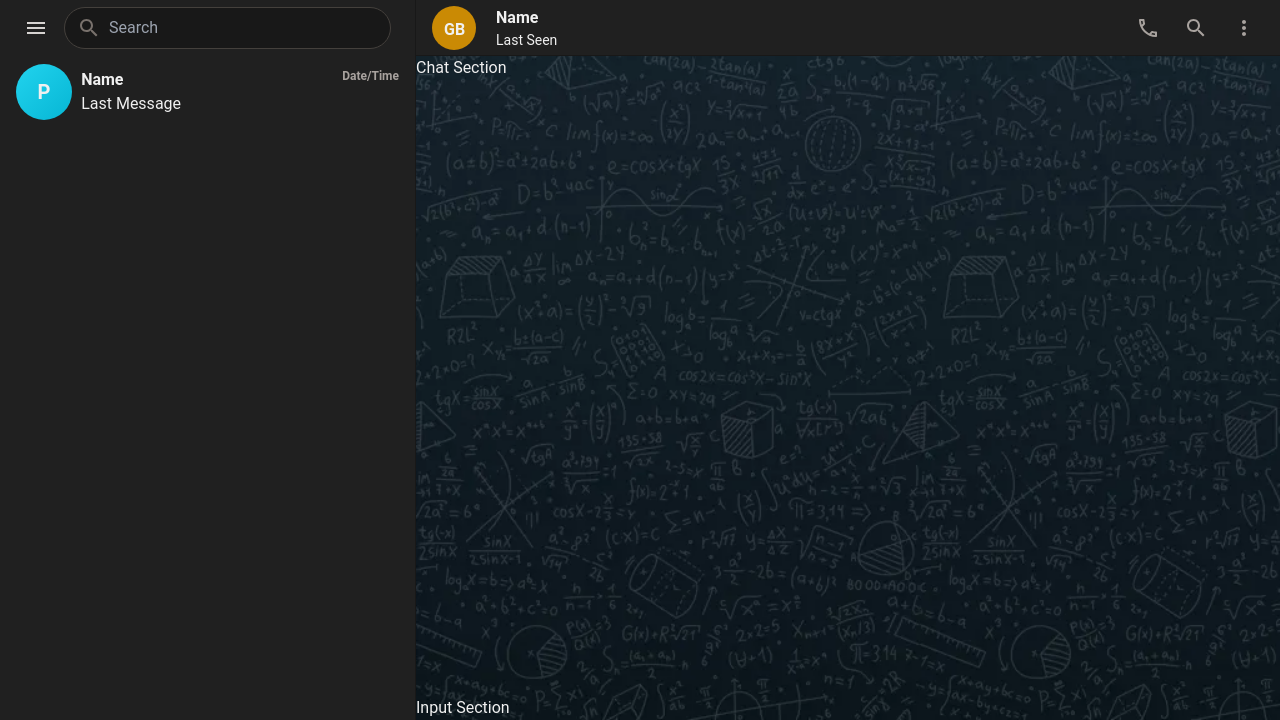
Repository: Qu4ntumGuy/telegram-clone
Page: /
An editor plug-in stored every save of this project. The page is shown before and after the next save, followed by the edit.
The browser window is 1280 px wide. The pictures show the whole page.
The page's requests for data from a server got no answer. The project was rebuilt for these pictures with package versions that can differ from the ones it lists, and the page was loaded fresh each time. No one was signed in, and anything a server would have sent is missing. Also part of the build but not shown: src/Pages/ChatPage.js/ChatPage.js.

Above is the page before, as saved 2024-07-15 14:23:25.

### src/index.css
@tailwind base;
@tailwind components;
@tailwind utilities;

:root {
  font-family: "Roboto", sans-serif;
  color-scheme: light;
  body {
    @apply bg-[#181818] text-[#f0f0f0];
  }
}
/*
:root {
  @apply bg-[#181818];
} */

### src/App.js
import { Routes, BrowserRouter, Route } from "react-router-dom";
import Sidebar from "./Components/Sidebar";
import Home from "./Pages/Home/Home";
import ChatPage from "./Pages/ChatPage.js/ChatPage";

function App() {
  return (
    <div className="flex max-w-[105rem] mx-auto">
      <Sidebar />
      <BrowserRouter>
        <Routes>
          <Route path="/" element={<Home />} />
          <Route path="/k/:id" element={<ChatPage />} />
        </Routes>
      </BrowserRouter>
      {/* <Home /> */}
    </div>
  );
}

export default App;

### src/Components/Sidebar.js
import React, { useEffect, useRef, useState } from "react";
import MenuIcon from "@mui/icons-material/Menu";
import SearchIcon from "@mui/icons-material/Search";
import axios from "axios";
import Chat from "./Chat";

function Sidebar() {
  const [page, setPage] = useState(1);
  const [channels, setChannels] = useState([]);
  const fetchChannels = async () => {
    try {
      const res = await axios.get(
        `https://devapi.beyondchats.com/api/get_all_chats?page=${page}`,
        {
          headers: {
            Accept: "application/json",
          },
        }
      );
      //   console.log(res);
      setChannels(res.data.data.data);
      console.log(res.data.data.data);
    } catch (error) {
      console.log(error);
    }
  };

  function formatString(str) {
    str = str.trim();
    const words = str.split(/\s+/);
    if (words.length === 1) {
      return words[0].charAt(0).toUpperCase();
    } else if (words.length === 2) {
      return (
        words[0].charAt(0).toUpperCase() + words[1].charAt(0).toUpperCase()
      );
    } else {
      return (
        words[0].charAt(0).toUpperCase() +
        words[words.length - 1].charAt(0).toUpperCase()
      );
    }
  }

  function chooseColor() {
    const colors = ["pink", "blue", "yellow", "cyan", "red", "green", "purple"];
    const randomIndex = Math.floor(Math.random() * colors.length);
    return colors[randomIndex];
  }

  // Example usage
  console.log(chooseColor()); // It will print a random color from the list

  useEffect(() => {
    fetchChannels();
  }, []);

  const ref = useRef();
  return (
    <div className="w-full md:max-w-[26rem] bg-[#202020] border-r border-[#181818] h-screen">
      <div className="flex items-center justify-start px-4 h-14 w-full">
        <div className="px-2 text-stone-300">
          <MenuIcon />
        </div>

        <div className="flex items-center justify-start border text-stone-500 w-full px-3 mx-2 border-stone-700 rounded-full p-2 bg-[#181818]">
          <div className="w-auto">
            <SearchIcon />
          </div>
          <form className="w-full text-white">
            <input
              className=" w-full bg-inherit pl-2 focus:outline-none"
              placeholder="Search"
            />
            <div className="w-full bg-inherit pl-2"></div>
          </form>
        </div>
      </div>
      <div className="overflow-y-auto px-2">
        <Chat />
      </div>
    </div>
  );
}

export default Sidebar;

### src/Pages/Home/Home.js
import React from "react";
import backgroundImage from "../../Assets/Desktop.webp";
import Topbar from "../../Components/Topbar";

function Home() {
  const image =
    "https://blog.1a23.com/wp-content/uploads/sites/2/2020/02/pattern_02-150x150.png";

  //   const divStyle = {
  //     width: "100%",
  //     height: "100vh", // Adjust the height as needed
  //     backgroundImage: `url(${backgroundImage})`,
  //     backgroundSize: "cover", // Ensures the image covers the entire div
  //     backgroundPosition: "center", // Centers the image
  //   };
  return (
    <div
      className="md:flex flex-col justify-center bg-cover h-screen hidden md:w-full "
      style={{ backgroundImage: `url(${backgroundImage})` }}
    >
      <div className="top-0 mb-auto h-14 bg-[#202020] border-b border-[#181818]">
        <Topbar />
      </div>
      <div className="flex flex-col h-full">
        <div className="top-0">Chat Section</div>
        <div className="bottom-0 mt-auto">Input Section</div>
      </div>
    </div>
  );
}

export default Home;

### src/Components/Chat.js
import React from "react";

function Chat({ name, profile }) {
  return (
    <div className="flex w-full p-2 items-center cursor-pointer justify-between hover:bg-stone-700 hover:bg-opacity-30 rounded-lg">
      <div className="flex justify-center items-center text-xl font-semibold bg-gradient-to-br from-cyan-400 rounded-full w-14 h-14 to-cyan-500">
        {profile ? profile : "P"}
      </div>
      <div className="flex flex-col w-[83%]">
        <div className="flex">
          <div className="font-semibold ">Name</div>
          <div className="right-0 ml-auto text-xs text-stone-400 font-semibold">
            Date/Time
          </div>
        </div>
        <div>Last Message</div>
      </div>
    </div>
  );
}

export default Chat;

### src/Components/Topbar.js
import React from "react";
import CallOutlinedIcon from "@mui/icons-material/CallOutlined";
import SearchIcon from "@mui/icons-material/Search";
import MoreVertIcon from "@mui/icons-material/MoreVert";

function Topbar() {
  return (
    <div className="flex px-4 h-14">
      <div className="flex-1 flex items-center">
        <div className="bg-yellow-600 p-3 rounded-full h-11 w-11 text-center align-middle font-bold">
          <div className="text-center align-middle">GB</div>
        </div>
        <div className="flex flex-col pl-5 w-full">
          <div className="font-semibold">Name</div>
          <div className="text-sm"> Last Seen</div>
        </div>
      </div>
      <div className="flex items-center space-x-2 font-bold pl-3 text-stone-400">
        <div className=" rounded-full cursor-pointer hover:bg-stone-700 hover:bg-opacity-30 p-2">
          <CallOutlinedIcon />
        </div>
        <div className=" rounded-full cursor-pointer hover:bg-stone-700 hover:bg-opacity-30 p-2">
          <SearchIcon />
        </div>
        <div className=" rounded-full cursor-pointer hover:bg-stone-700 hover:bg-opacity-30 p-2">
          <MoreVertIcon />
        </div>
      </div>
    </div>
  );
}

export default Topbar;

Loaded but not shown: public/index.html (common file); src/index.js (common file); src/reportWebVitals.js (common file); tailwind.config.js (common file)

After the next save:
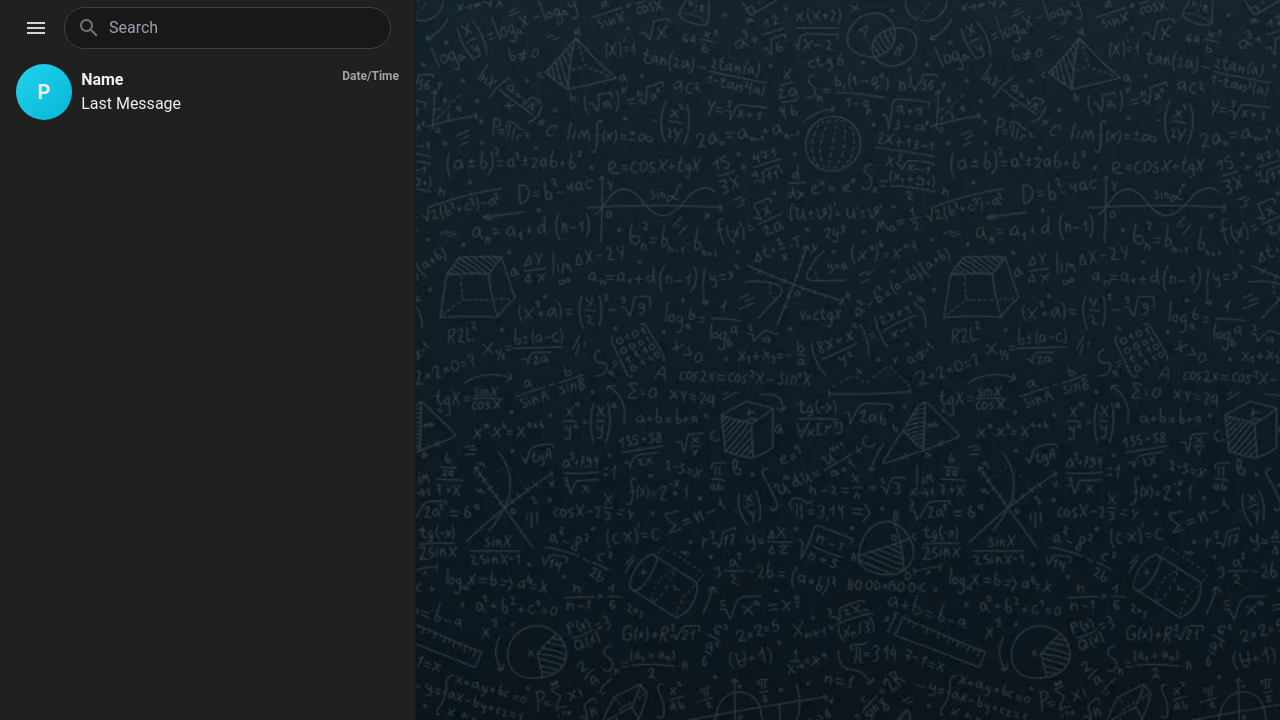
Saved 11 s later.
--- a/src/Pages/Home/Home.js
+++ b/src/Pages/Home/Home.js
@@ -18,13 +18,13 @@ function Home() {
       className="md:flex flex-col justify-center bg-cover h-screen hidden md:w-full "
       style={{ backgroundImage: `url(${backgroundImage})` }}
     >
-      <div className="top-0 mb-auto h-14 bg-[#202020] border-b border-[#181818]">
+      {/* <div className="top-0 mb-auto h-14 bg-[#202020] border-b border-[#181818]">
         <Topbar />
       </div>
       <div className="flex flex-col h-full">
         <div className="top-0">Chat Section</div>
         <div className="bottom-0 mt-auto">Input Section</div>
-      </div>
+      </div> */}
     </div>
   );
 }
